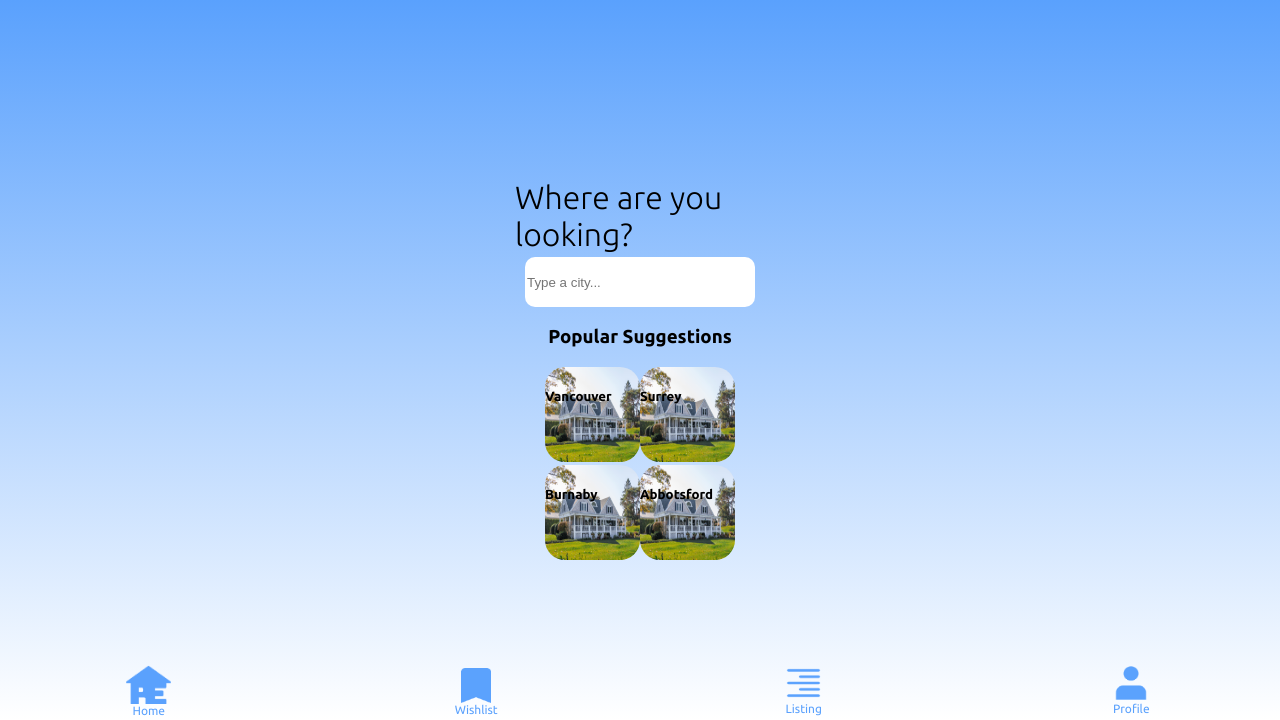
Repository: msyukurrr/realeasy
Page: /listing
The author's editor kept a copy of each file at every save. The page is drawn from the files as they stood at one save, then again after the next save.
The browser window is 1280 px wide. The pictures show the whole page.
The project was rebuilt for these pictures with package versions that can differ from the ones it lists, and the page was loaded fresh each time. The framework's server and built-in components were replaced by stand-ins that run in the browser. Also part of the build but not shown: next.config.js, components/Button.js.

Above is the page before, as saved 2023-01-27 20:36:49.

### pages/listing.js
import Heading from "../components/Heading";
import NavBar from "../components/NavBar";
import styles from "../styles/Home.module.css"
import MainButton from "../components/Button.js";
import styled from "styled-components";



export default function Listing({

}){
    return(
        <><div className={styles.listing}>

        <Heading headingtxt="Where are you looking?"/>

        <input placeholder="Type a city..." style={{width:230, height:50, borderRadius:10, backgroundColor:"white", border:'transparent'}}></input>

        <h3>Popular Suggestions</h3>

    <div>

        <div style={{display:'flex', flexDirection:'row'}}>
            <div>
                <h5 style={{display:'flex', position:'absolute'}}>Vancouver</h5>
                <img src="house.png" style={{width:95, height:95, borderRadius:20}}/>

            </div>

            <div>
                <h5 style={{display:'flex', position:'absolute'}}>Surrey</h5>
                <img src="house.png" style={{width:95, height:95, borderRadius:20}}/>

            </div>
        </div>

        <div style={{display:'flex', flexDirection:'row'}}>
            <div>
                <h5 style={{display:'flex', position:'absolute'}}>Burnaby</h5>
                <img src="house.png" style={{width:95, height:95, borderRadius:20}}/>

            </div>

            <div>
                <h5 style={{display:'flex', position:'absolute'}}>Abbotsford</h5>
                <img src="house.png" style={{width:95, height:95, borderRadius:20}}/>

            </div>
        </div>

    </div>






        </div>
        <NavBar></NavBar>

        </>
    )
}

### styles/globals.css
@import url('https://fonts.googleapis.com/css2?family=Ubuntu:ital,wght@0,300;0,400;0,500;0,700;1,300;1,400;1,500;1,700&display=swap');

html,
body {
  padding: 0;
  margin: 0;
  font-family: "Ubuntu", sans-serif;
  background-color: #E6EEF8;
}

a {
  color: inherit;
  text-decoration: none;
}

* {
  box-sizing: border-box;
}

@media (prefers-color-scheme: dark) {
  html {
    color-scheme: dark;
  }
  body {
    color: white;
    background: E6EEF8;
  }
}

### components/Heading.js
import styled from "styled-components";

const Container = styled.div`
display: flex;
margin-left: 50px;
width: 300px;
height: 100px;

`

const Word = styled.h1`

color: ${props=>props.color};
font-weight: ${props=>props.fontweight};
`

export default function Heading({
    h1="Recommended by people around you",
    fw="300",
    color="#5AA1FD",
    headingtxt="Recommended by people around you"
}){
    return<>
    <Container>
    <Word fontweight={fw}
    >{headingtxt}</Word>
    </Container>
    </>
}

### components/NavBar.js
import styled from "styled-components";
import Link from "next/link";

const NavBarCont = styled.div`
position: fixed;
bottom: 0;
width: 100%;
`
const NavCont = styled.nav`
display: flex;
justify-content: space-around;
width: 100%;
background-color: transparent;
height: 60px;
`
const HomeCont = styled.div`
width: 50px;
height: 50px;
display:flex;
flex-direction: column;
justify-content: center;
align-items: center;
margin-top: ${props=>props.margintop};
`
const WishlistCont = styled.div`
width: 50px;
height: 50px;
display:flex;
flex-direction: column;
justify-content: center;
align-items: center;
margin-left: 30px;
margin-top: ${props=>props.margintop};
margin-bottom: ${props=>props.marginbottom};
`
const ListingCont = styled.div`
width: 50px;

display:flex;
flex-direction: column;
justify-content: center;
align-items: center;
margin-left: 30px;
margin-top: ${props=>props.margintop};
`
const ProfileCont = styled.div`
display:flex;
margin-left: 30px;
margin-top: ${props=>props.margintop};
`

const Icon = styled.img`
display: flex;
justify-content: center;
height: ${props=>props.height};
width: ${props=>props.width};
display: flex;
`

const NavList = styled.span`
display: flex;
align-self: center;
color: #5AA1FD;
font-size: 12px;
`


export default function NavBar({
    mt="5px",
    mb=""
}){
    return <NavBarCont>
    <NavCont>
        <Link href="/">
            <HomeCont margintop="6px">
                <Icon src='./logo.png' height="45px" width="45px"/>
                <NavList>Home</NavList>
            </HomeCont>
        </Link>
        <Link href="/wishlist">
            <WishlistCont margintop="7px">
                <Icon src='./wishlist.png' height="35px" width="30px"></Icon>
                <NavList>Wishlist</NavList>
            </WishlistCont>
        </Link>
        <Link href="/listing">
            <ListingCont margintop="4px">
                <Icon src='./listing.png' height="38px" width="45px"></Icon>
                <NavList>Listing</NavList>
            </ListingCont>
        </Link>
        <Link href="/profile">
            <ListingCont margintop="4px">
                <Icon src='./user.png' height="38px" width="40px"></Icon>
                <NavList>Profile</NavList>
            </ListingCont>
        </Link>
    </NavCont>
    </NavBarCont>
}

### styles/Home.module.css
.container {
  padding: 0 2rem;
}

.main {
  min-height: 100vh;
  padding: 4rem 0;
  flex: 1;
  display: flex;
  flex-direction: column;
  justify-content: center;
  align-items: center;
}


.listing {
  min-height: 100vh;
  padding: 4rem 0;
  flex: 1;
  display: flex;
  flex-direction: column;
  justify-content: center;
  align-items: center;
  background-image: linear-gradient(#5AA1FD, white);
}

.footer {
  display: flex;
  flex: 1;
  padding: 2rem 0;
  border-top: 1px solid #eaeaea;
  justify-content: center;
  align-items: center;
}

.footer a {
  display: flex;
  justify-content: center;
  align-items: center;
  flex-grow: 1;
}

.title a {
  color: #0070f3;
  text-decoration: none;
}

.title a:hover,
.title a:focus,
.title a:active {
  text-decoration: underline;
}

.title {
  margin: 0;
  line-height: 1.15;
  font-size: 4rem;
}

.title,
.description {
  text-align: center;
}

.description {
  margin: 4rem 0;
  line-height: 1.5;
  font-size: 1.5rem;
}

.code {
  background: #fafafa;
  border-radius: 5px;
  padding: 0.75rem;
  font-size: 1.1rem;
  font-family: Menlo, Monaco, Lucida Console, Liberation Mono, DejaVu Sans Mono,
    Bitstream Vera Sans Mono, Courier New, monospace;
}

.grid {
  display: flex;
  align-items: center;
  justify-content: center;
  flex-wrap: wrap;
  max-width: 800px;
}

.card {
  margin: 1rem;
  padding: 1.5rem;
  text-align: left;
  color: inherit;
  text-decoration: none;
  border: 1px solid #eaeaea;
  border-radius: 10px;
  transition: color 0.15s ease, border-color 0.15s ease;
  max-width: 300px;
}

.card:hover,
.card:focus,
.card:active {
  color: #0070f3;
  border-color: #0070f3;
}

.card h2 {
  margin: 0 0 1rem 0;
  font-size: 1.5rem;
}

.card p {
  margin: 0;
  font-size: 1.25rem;
  line-height: 1.5;
}

.logo {
  height: 1em;
  margin-left: 0.5rem;
}

@media (max-width: 600px) {
  .grid {
    width: 100%;
    flex-direction: column;
  }
}

@media (prefers-color-scheme: dark) {
  .card,
  .footer {
    border-color: #222;
  }
  .code {
    background: #111;
  }
  .logo img {
    filter: invert(1);
  }
}

Loaded but not shown: pages/_app.js (common file)

After the next save:
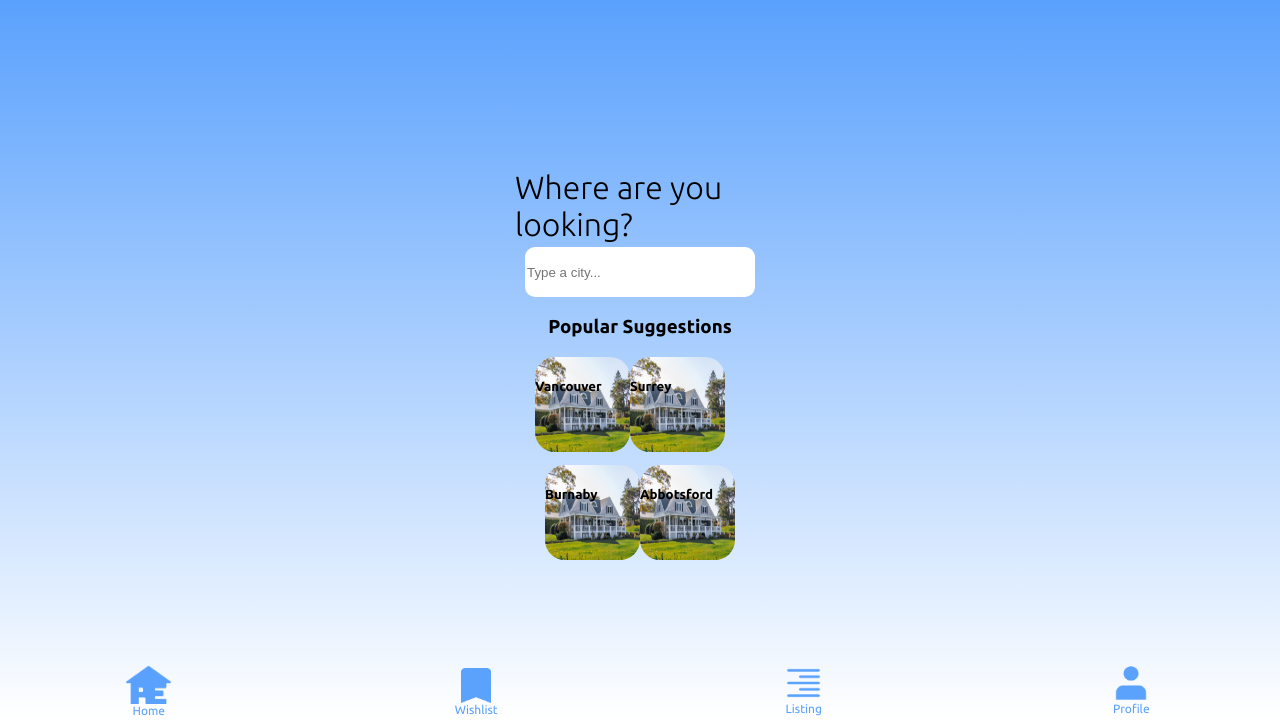
Saved 17 s later.
--- a/pages/listing.js
+++ b/pages/listing.js
@@ -34,7 +34,7 @@ export default function Listing({
             </div>
         </div>
 
-        <div style={{display:'flex', flexDirection:'row'}}>
+        <div style={{display:'flex', flexDirection:'row', padding:10}}>
             <div>
                 <h5 style={{display:'flex', position:'absolute'}}>Burnaby</h5>
                 <img src="house.png" style={{width:95, height:95, borderRadius:20}}/>
